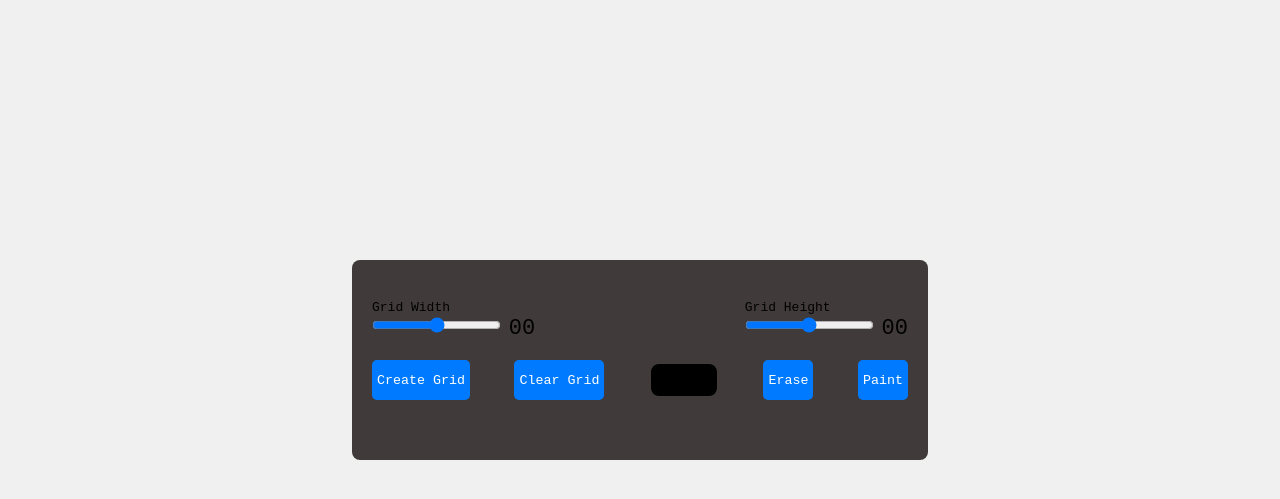
Repository: radisyah/Pixel_Art_Generator
Page: index.html
The author's editor kept a copy of each file at every save. The page is drawn from the files as they stood at one save, then again after a run of saves.
The browser window is 1280 px wide. The pictures show the whole page.

Above is the page before, as saved 2024-11-20 12:41:56.

### index.html
<!DOCTYPE html>
<html lang="en">
<head>
    <meta charset="UTF-8">
    <meta name="viewport" content="width=device-width, initial-scale=1.0">
    <link rel="stylesheet" href="style.css">
    <title>#1 - Pixel Art Generator | AsmrProg</title>
</head>
<body>

    <div class="wrapper">

        <div class="options">
            <div class="option-wrapper">
                <div class="slider">
                    <label for="width-range">Grid Width</label>
                    <input type="range" id="width-range" min="1" max="35">
                    <span id="width-value">00</span>
                </div>
                <div class="slider">
                    <label for="height-range">Grid Height</label>
                    <input type="range" id="height-range" min="1" max="35">
                    <span id="height-range">00</span>
                </div>
            </div>

            <div class="option-wrapper">
                <button id="submit-grid">Create Grid</button>
                <button id="clear-grid">Clear Grid</button>
                <input type="color" id="color-input">
                <button id="erase-btn">Erase</button>
                <button id="paint-btn">Paint</button>
            </div>

        </div>

        <div class="container"></div>

    </div>

    <script src="index.js"></script>

</body>
</html>

### style.css
*{
    padding: 0;
    margin: 0;
    box-sizing: border-box;
    font-family: monospace;
}

body{
    background-color: #f0f0f0;
}

.wrapper{
    background-color: #403a3a;
    width: 80vmin;
    position: absolute;
    transform: translate(-50%, -50%);
    top: 50%;
    left: 50%;
    padding: 40px 20px;
    border-radius: 8px;
}

label{
    display: block;
}

span{
    position: relative;
    font-size: 22px;
    bottom: -1px;
}

.option-wrapper{
    display: flex;
    justify-content: space-between;
    margin-bottom: 20px;
    gap: 10px;
}

button{
    background-color: #007bff;
    border: 0;
    border-radius: 5px;
    padding: 5px;
    color: white;
}

input[type="color"]{
    -webkit-appearance: none;
    -moz-appearance: none;
    appearance: none;
    background-color: transparent;
    width: 70px;
    height: 40px;
    border: none;
    cursor: pointer;
}

input[type="color"]::-webkit-color-swatch{
    border-radius: 8px;
    border: 4px solid black;
}

.gridCol{
    height: 1em;
    width: 1em;
    border: 1px solid #ddd;
}

.gridRow{
    display: flex;
}

@media only screen and (max-width: 768px){
    .gridCol{
        height: 0.8em;
        width: 0.8em;
    }
}

Loaded but not shown: index.js (no stored copy; drawn as an empty file)

After the next 2 saves:
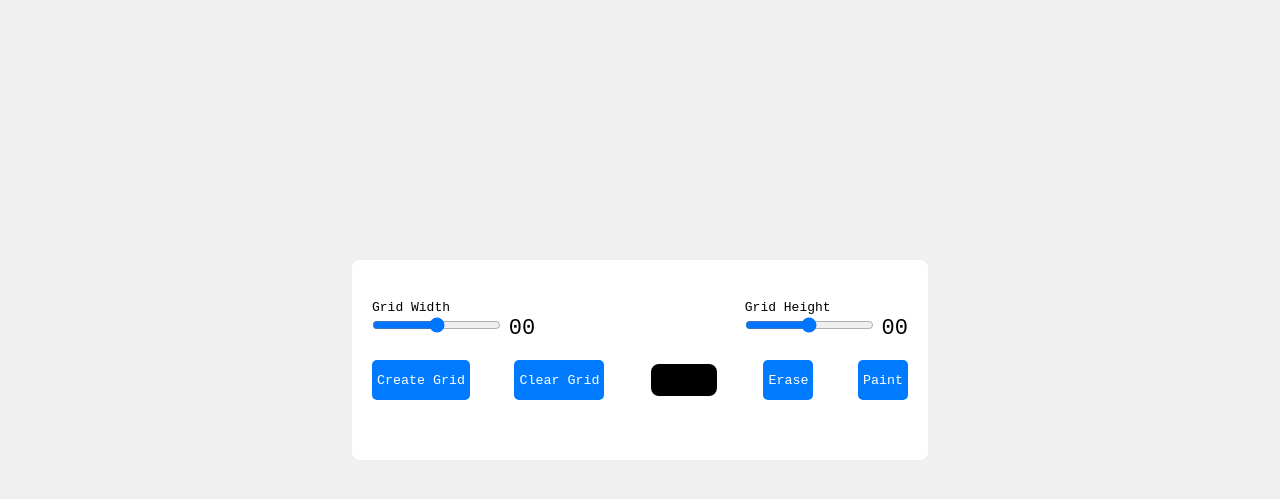
The 2 saves are shown as one change because they came seconds apart.
The last was saved 7 s later.
--- a/style.css
+++ b/style.css
@@ -10,7 +10,7 @@ body{
 }
 
 .wrapper{
-    background-color: #403a3a;
+    background-color: white;
     width: 80vmin;
     position: absolute;
     transform: translate(-50%, -50%);
